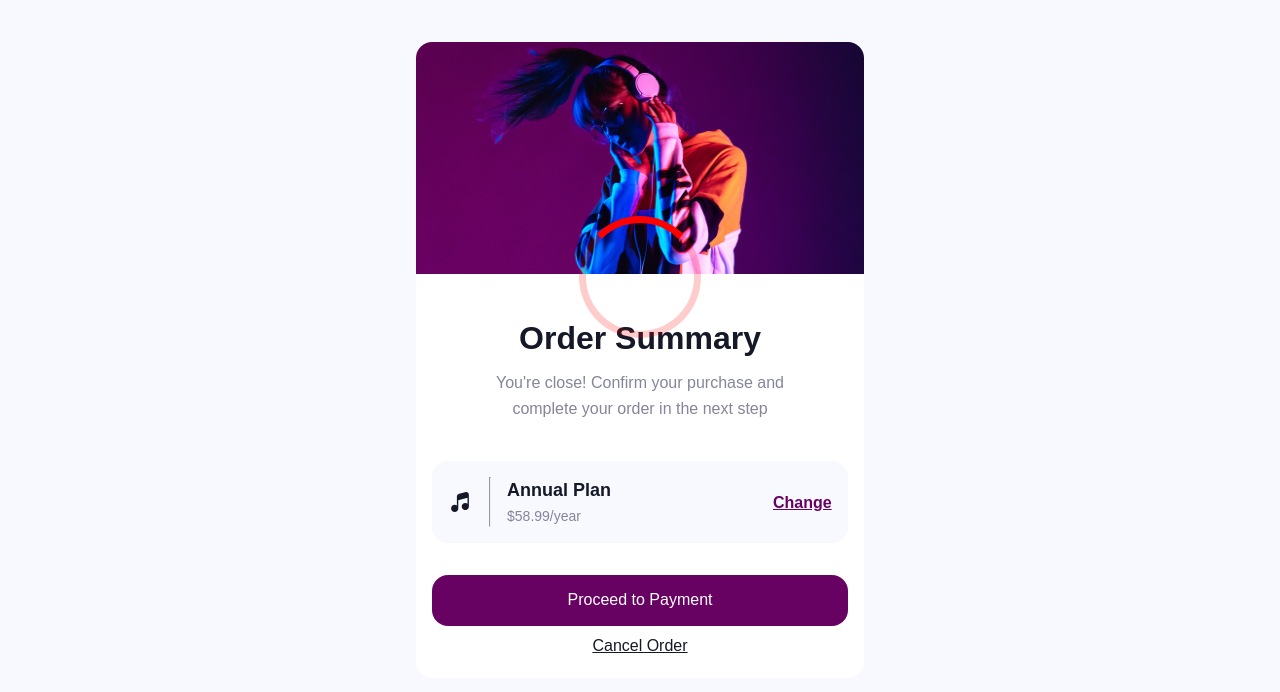
Repository: alphatra/INVO-Academy
Page: / (app in [lvl 1] Uproszczone podsumowanie zamówienia/Starter-code/)
An editor plug-in stored every save of this project. The page is shown before and after the next save, followed by the edit.
The browser window is 1280 px wide. The pictures show the whole page.
The project was rebuilt for these pictures with package versions that can differ from the ones it lists, and the page was loaded fresh each time.

Above is the page before, as saved 2023-03-01 00:34:21.
Console error (its wording comes from the project's code and is left out).

### [lvl 1] Uproszczone podsumowanie zamówienia/Starter-code/index.html
<!DOCTYPE html>
<html lang="en">

<head>
  <meta charset="UTF-8" />
  <link rel="icon" type="image/svg+xml" href="/vite.svg" />
  <meta name="viewport" content="width=device-width, initial-scale=1.0" />
  <title>INVO Academy JS Starter with Vite</title>
</head>

<!-- In order to start your challenge, remove all the content inside <div id="home-page"></div> and start coding :) -->

<body>
  <div id="loading-spinner"></div>
  <section class="order">
    <img class="order__img" src="public/images/AdobeStock_331830515 1.png" alt="hero" />
    <div class="order__summary">
      <p class="order__summary--title">Order Summary</p>
      <span class="order__summary--description">You're close! Confirm your purchase and <br> complete your order in the next step</span>
      <div class="order__details">
        <div class="order__details--icon">
          <img src="public/images/music.svg" alt="icon-music">
        </div>
        <hr>
        <div class="order__details__plan">
          <span class="order__details__plan--title">Annual Plan</span>
          <span class="order__details__plan--price">$58.99/year</span>
        </div>
        <div class="order__details__change">
          <a class="order__details__change--link" href="#">Change</a>
        </div>
      </div>
      <div class="order__checkout">
        <button id="checkout-button" class="order__checkout--button">Proceed to Payment</button>

        <a class="order__checkout--link" href="#">Cancel Order</a>
      </div>
    </div>
  </section>

  <script type="module" src="/src/global-scripts/main.js"></script>
  <script type="module" src="/src/pages/home-page/scripts/home-page.js"></script>
</body>

</html>

### [lvl 1] Uproszczone podsumowanie zamówienia/Starter-code/src/pages/home-page/scripts/home-page.js
/// Homepage JavaScript File
/// Here we import all the JavaScript files we need for our homepage.

import '../styles/home-page.scss'

import { setupCheckout } from '../../../global-scripts/scripts/checkout/checkout.js'

const checkoutButton = document.querySelector('#checkout-button');
setupCheckout(checkoutButton)

### [lvl 1] Uproszczone podsumowanie zamówienia/Starter-code/src/global-styles/style.scss
/// Main Styles File
/// Here we import all the global Styles files we need for our project.

@import "styles/normalize.scss";
@import "styles/root.scss";
@import "styles/fonts.scss";

body {
  font-family: 'Roboto', sans-serif;
  color: var(--color-primary);
}

p {
  color: var(--color-on-surface);
}

### [lvl 1] Uproszczone podsumowanie zamówienia/Starter-code/src/pages/home-page/styles/home-page.scss
/// Homepage Styles File
/// Here we import all the Styles files we need for our Homepage.

// Base Styles

// Colors
$background-color: #F8F9FE;
$title-color: #151827;
$primary-color: #680262;
$body-color: #85859B;
$stroke-color: #CFD1DD;
$white-color: #FFFFFF;


// Styles
$rounding: 16px;
$stroke: 1px;

// Button - Transition
$transition: all 0.3s ease-in-out;
$primary-color-hover: #490245;

// Blur Animation
@keyframes blur {
    0%,
    90% {
      -webkit-filter: blur(0px);
      -moz-filter: blur(0px);
      -o-filter: blur(0px);
      -ms-filter: blur(0px);
    }
    50% {
      -webkit-filter: blur(50px);
      -moz-filter: blur(50px);
      -o-filter: blur(50px);
      -ms-filter: blur(50px);
    }
  }

@keyframes spin {
    0% { transform: rotate(0deg); }
    100% { transform: rotate(360deg); }
  }


*{
    font-family: 'Monrope', sans-serif;
    line-height: 0;
}

body{
    height: 100vh;
    display: flex;

    place-content: center;

    background-color: $background-color;
}

#loading-spinner{
    z-index: 999;
    display: block;
    position: absolute;
    top: 30%;
    width: 15vh;
    height: 15vh;
    border: 1vh solid rgba(255, 0, 0, 0.2);
    border-radius: 50%;
    border-top-color: rgb(255, 0, 0);
    animation: spin 1s ease infinite;
    -webkit-animation: spin 1s ease infinite;
  }

  @keyframes spin {
    to { -webkit-transform: rotate(360deg); }
  }
  @-webkit-keyframes spin {
    to { -webkit-transform: rotate(360deg); }
  }

.loading {
    pointer-events: none;
    opacity: 1;
    animation: blur 6s ease 0s infinite;
    -webkit-animation: blur 6s ease 0s infinite;
     -moz-animation: blur 6s ease 0s infinite;
  }

.order{
    margin: auto auto;
    width: 35%;

    display: flex;
    flex-direction: column;
    overflow: hidden;

    background-color: $white-color;
    border-radius: 16px;

    &__img{
        height: 232px;
    }

    &__summary{
        text-align: center;
        padding: 32px 16px;

        &--title{
            font-size: 32px;
            font-weight: 700;
            line-height: 0;
            color: $title-color;
        }
        &--description{
            font-size: 16px;
            font-weight: 400;
            line-height: 160%;
            letter-spacing: -1%;
            color: $body-color;
        }
    }

    &__details{
        margin-top: 40px;
        margin-bottom: 32px;
        padding: 16px 0;

        display: flex;
        flex-wrap: nowrap;
        flex-direction: row;
        align-content: stretch;
        align-items: center;
        justify-content: space-evenly;

        background-color: $background-color;
        border-radius: $rounding;

        &--icon{
            flex-shrink: 4;
        }

        hr{
            margin: 0;
            height: 3em;
        }

        &__plan{
            padding: 0px;
            gap: 2px;
            display: flex;
            flex-direction: column;
            flex-basis: 60%;
            flex-wrap: nowrap;

            align-items: flex-start;

            border: 0px 1px solid $stroke-color;

            &--title{
                font-size: 18px;
                font-style: normal;
                font-weight: 700;
                line-height: 25px;
                color: $title-color;
            }

            &--price{
                font-size: 14px;
                font-weight: 400;
                line-height: 160%;
                letter-spacing: -1%;
                color: $body-color;
            }
        }

        &__change{
            flex-shrink: 2;

            &--link{
                font-size: 16px;
                font-weight: 700;
                line-height: 160%;
                letter-spacing: -1%;
                color: $primary-color;
                text-decoration-line: underline;
            }
        }
    }
    &__checkout{

        & > button{
            margin: 0;
            padding: 16px 0;
            width: 100%;

            font-size: 16px;

            border: none;
            border-radius: $rounding;

            transition: $transition;
        }

        &--button{
            background-color: $primary-color;
            color: $white-color;

            &:hover{
                background-color: $primary-color-hover;
            }

        }
        &--link{
            margin-top: 20px;
            display: block;
            color: $title-color;
        }
    }
}

@media screen and (max-width: 834px){
    #loading-spinner{
        width: 13vh;
        height: 13vh;
    }
    .order{
        width: 60%;
    }
    .order__img{
        height: 180px;
    }
    .order__summary--title{
        font-size: 24px;
    }
    .order__summary--description{
        font-size: 14px;
    }
    .order__details__plan--title{
        font-size: 16px;
    }
    .order__details__plan--price{
        font-size: 12px;
    }
    .order__details__change--link{
        font-size: 14px;
    }
    .order__checkout--button{
        font-size: 16px;
    }
    .order__checkout--link{
        font-size: 14px;
    }
}
@media screen and (max-width: 390px) {
    .order{
        width: 90%;
    }
    .order__img{
        height: 180px;
    }
    .order__summary--title{
        font-size: 24px;
    }
    .order__summary--description{
        font-size: 14px;
    }
    .order__details__plan--title{
        font-size: 16px;
    }
    .order__details__plan--price{
        font-size: 12px;
    }
    .order__details__change--link{
        font-size: 14px;
    }
    .order__checkout--button{
        font-size: 16px;
    }
    .order__checkout--link{
        font-size: 14px;
    }

}

### [lvl 1] Uproszczone podsumowanie zamówienia/Starter-code/src/global-scripts/scripts/checkout/checkout.js
export function setupCheckout(element) {
  const orderBody = document.querySelector('.order');
  const spinner = document.querySelector('$loading-spinner');
  const toggleButtonState = () => {
    element.disabled = true;
    element.innerHTML = "Loading...";
    orderBody.classList.toggle('loading');
    spinner.style.display = "block";

    new Promise(resolve => setTimeout(resolve, 6000))
      .then(() => {
        orderBody.classList.toggle('loading');
        spinner.style.display = "none";
        element.disabled = false;
        element.innerHTML = "Click me!";
      });
  };

  element.addEventListener("click", toggleButtonState);
}

### [lvl 1] Uproszczone podsumowanie zamówienia/Starter-code/src/global-styles/styles/root.scss
/// Root Styles file
/// Here we define all the root variables we need for our project.
/// For examples see Material Design color system: https://m2.material.io/design/color/the-color-system.html

:root {
    --color-primary: #5721f2;
    --color-on-surface: #000;
}

### [lvl 1] Uproszczone podsumowanie zamówienia/Starter-code/src/global-styles/styles/fonts.scss
/// Main Fonts File
/// Here we import all the fonts files we need for our project.

@import url('https://fonts.googleapis.com/css2?family=Roboto:ital,wght@0,100;0,300;0,400;0,500;0,700;0,900;1,100;1,300;1,400;1,500;1,700;1,900&display=swap');
@import url('https://fonts.googleapis.com/css2?family=Manrope:wght@500;700&display=swap');

Loaded but not shown: [lvl 1] Uproszczone podsumowanie zamówienia/Starter-code/src/global-scripts/main.js (common file); [lvl 1] Uproszczone podsumowanie zamówienia/Starter-code/src/global-styles/styles/normalize.scss (common file)

After the next save:
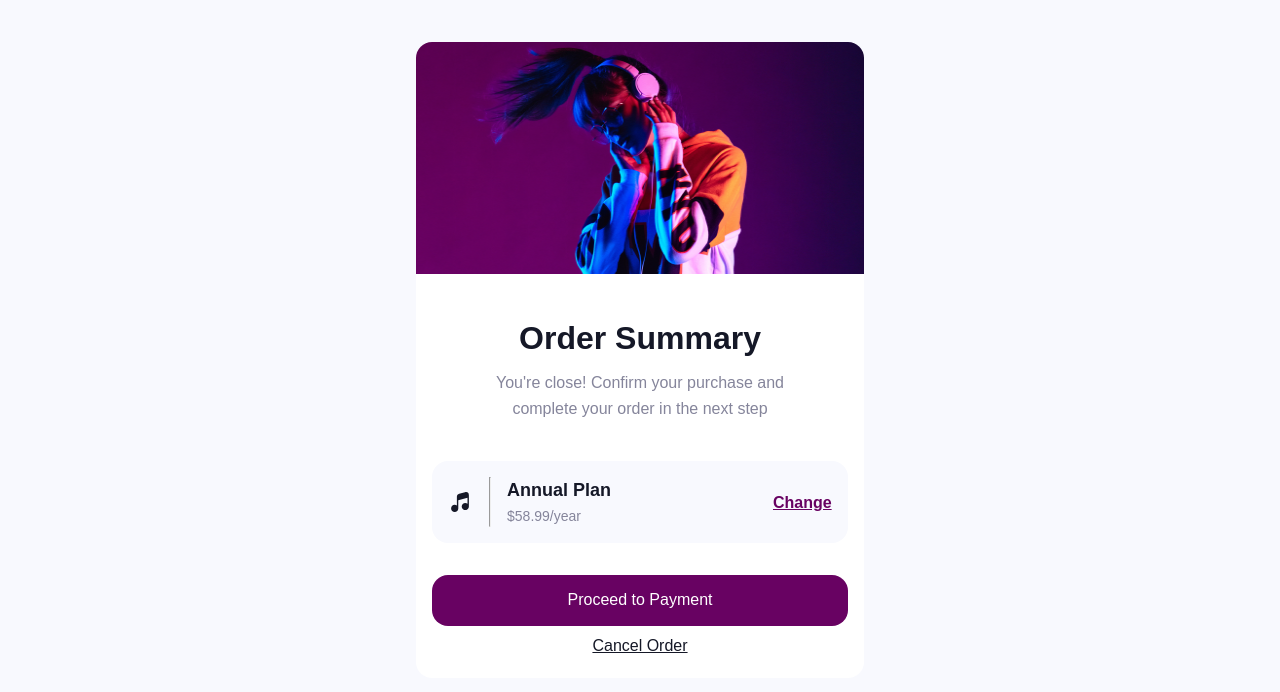
Saved 23 s later.
--- a/[lvl 1] Uproszczone podsumowanie zamówienia/Starter-code/src/pages/home-page/styles/home-page.scss
+++ b/[lvl 1] Uproszczone podsumowanie zamówienia/Starter-code/src/pages/home-page/styles/home-page.scss
@@ -59,7 +59,7 @@ body{
 
 #loading-spinner{
     z-index: 999;
-    display: block;
+    display: none;
     position: absolute;
     top: 30%;
     width: 15vh;
